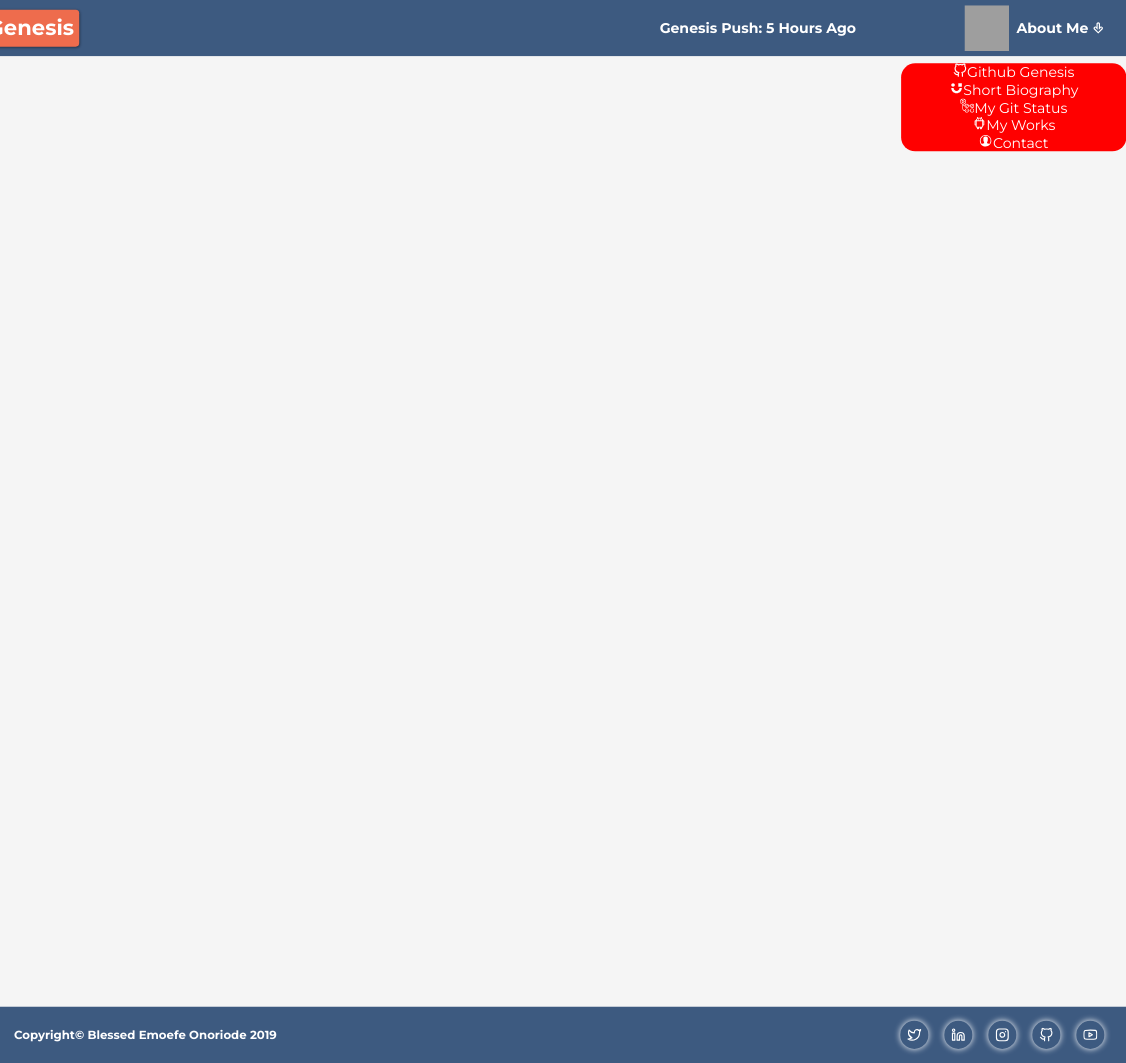
Repository: BlessedEmoefe/github-genesis
Page: /
These files come from the project's save history. The page is drawn as it stood at one moment and after the next save; the edit follows.
The browser window is 1280 px wide. The pictures show the whole page, at 88% of full size.
Pictures or frames that could not be fetched are drawn as grey boxes. The project was rebuilt for these pictures with package versions that can differ from the ones it lists, and the page was loaded fresh each time.

Above is the page before, as saved 2021-03-24 17:39:31.

### public/index.html
<!DOCTYPE html>
<html lang="en">
  <head>
    <meta charset="utf-8" />
    <link rel="icon" href="%PUBLIC_URL%/circle-cropped.png" />
    <meta name="viewport" content="width=device-width, initial-scale=1" />
    <meta name="theme-color" content="#000000" />
    <meta
      name="description"
      content="Web site created using create-react-app"
    />
    <link rel="apple-touch-icon" href="%PUBLIC_URL%/logo192.png" />
   <link rel="preconnect" href="https://fonts.gstatic.com">
<link href="https://fonts.googleapis.com/css2?family=Montserrat:wght@300;400;500;600;700;900&display=swap" rel="stylesheet">

    <link rel="manifest" href="%PUBLIC_URL%/manifest.json" />

    <title>React App</title>
  </head>
  <body>
    <noscript>You need to enable JavaScript to run this app.</noscript>
    <div id="root"></div>

  </body>
</html>

### src/index.js
import React from 'react';
import ReactDOM from 'react-dom';
import './index.css';
import Home from './pages/home';

ReactDOM.render(
  <React.StrictMode>
    <Home/>
  </React.StrictMode>,
  document.getElementById('root')
);

### src/index.css
body {
  margin: 0;
  font-family: 'Montserrat', sans-serif;
}
*{
  box-sizing:border-box;

}
p, b, h1, h2, h3, h4, h5, h6, span, div{
margin:0;
padding:0;
}

code {
font-family: 'Montserrat', sans-serif;
}

### src/pages/home/index.jsx
import React from "react";
import Body from "../../component/body";
import Footer from "../../component/footer";
import Header from "../../component/header";
import { HomeStyles } from "./styles";

const Home = () => {

  return (
    <HomeStyles>
      <Header />
      <Body />
      <Footer />
    </HomeStyles>
  );
};

export default Home;

### src/component/body/index.jsx
import React from 'react';
import { BodyStyles } from "./styles";

const Body = () => {
  return (
    <BodyStyles>

    </BodyStyles>
  )
}

export default Body;

### src/component/footer/index.jsx
import React from "react";
import { FooterStyles } from "./styles";
import {
  FiYoutube as Youtube,
  FiTwitter as Twitter,
  FiLinkedin as LinkedIn,
  FiInstagram as Instagram,
  FiGithub as Github
} from "react-icons/fi";

const Footer = () => {
  const socialData = [
    { name: "twitter", icon: <Twitter />, url: "#" },
    { name: "linkedIn", icon: <LinkedIn />, url: "#" },
    { name: "instagram", icon: <Instagram />, url: "#" },
    { name: "github", icon: <Github />, url: "#" },
    { name: "youtube", icon: <Youtube />, url: "#" },
  ];
  return (
    <FooterStyles>
      <div className="copyright">
        <small>Copyright© Blessed Emoefe Onoriode 2019</small>
      </div>
      <div className="socialMedia">
        {socialData.map(({ name, icon, url }) => (
          <div className="socialcontainer" name={name}>{icon}</div>
        ))}
      </div>
    </FooterStyles>
  );
};

export default Footer;

### src/component/header/index.jsx
import React, { useState, useEffect } from "react";
import Profile from "../profile";
import { HeaderStyles } from "./styles";

const Header = () => {
  const [timer, setTimer] = useState(0);

  useEffect(() => {
    const Interval = setInterval(() => {
      setTimer((timer) => timer + 1);
    }, 1000);
    return () => {
      clearInterval(Interval);
    };
  }, []);
  return (
    <HeaderStyles>
      <div className="headerTitle">
        <h2>My GitHub Genesis</h2>
      </div>
      <div className="timer">
        <b>
          Genesis Push: {timer} <span>Hours Ago</span>
        </b>
      </div>
      <Profile/>
    </HeaderStyles>
  );
}

export default Header;

### src/pages/home/styles.js
import styled from "styled-components";

export const HomeStyles = styled.div`
  background: whitesmoke;
  width: 100%;
  height: 100vh;
  margin: 0;
`;

### src/component/body/styles.js
import styled from "styled-components";

export const BodyStyles = styled.div`
background:whitesmoke;
width:100%;
height:150vh;
`

### src/component/footer/styles.js
import styled from "styled-components";
import { color } from '../../config/colors';

export const FooterStyles = styled.div`
  background: ${color.primary};
  width: 100%;
  height: max-content;
  display: flex;
  justify-content: space-between;
  align-items: center;
  padding: 1rem 1rem;
  margin: 0;
  color: white;

  .copyright {
    /* background: red; */
    small {
      font-weight: bolder;
      cursor: pointer;
    }
  }
  .socialMedia {
    cursor: pointer;
    display: flex;
    justify-content: space-around;
    align-items: center;
    width: 20%;

    .socialcontainer {
      border-radius: 50%;
      -webkit-box-shadow: 0px 0px 7px 0px rgba(255, 255, 255, 1);
      -moz-box-shadow: 0px 0px 7px 0px rgba(255, 255, 255, 1);
      box-shadow: 0px 0px 7px 0px rgba(255, 255, 255, 1);
      width: max-content;
      height: max-content;
      padding: 0.5rem;
      display: flex;
      justify-content: space-around;
      align-items: center;
    }
  }
`;

### src/component/profile/index.jsx
import React, { useState } from 'react';
import { ProfileStyles } from "./styles";
import ProfileImage from "../../assets/ProfileImage.png";
import {
  TiArrowDownOutline as ArrowDown,
  TiArrowUpOutline as ArrowUp
} from "react-icons/ti";
import { CgUserlane as BiographyIcon } from "react-icons/cg";
import { FiGithub as GithubGenesisIcon } from "react-icons/fi";
import { SiGithubactions as GitStatusIcon } from "react-icons/si";
import { AiOutlineAndroid as MyWorksIcon } from "react-icons/ai";
import { IoIosContact as ContactIcon } from "react-icons/io";

const Profile = () => {
  const [isOpen, setIsOpen] = useState(false);
  const OpenProfileModal =()=> {
    setIsOpen(isOpen=>!isOpen)
  }

  const profileData = [
    { icon: <GithubGenesisIcon />, name: "Github Genesis", url: "#" },
    { icon: <BiographyIcon />, name: "Short Biography", url: "#" },
    { icon: <GitStatusIcon />, name: "My Git Status", url: "#" },
    { icon: <MyWorksIcon />, name: "My Works", url: "#" },
    { icon: <ContactIcon />, name: "Contact", url: "#" },
  ];
  return (
    <ProfileStyles>
      <div className="imageContainer">
        <img src={ProfileImage} alt="profileimg" width="100%" height="100%" />
      </div>
      <div className="profileTextAndIcon" onClick={OpenProfileModal}>
        <b>About Me</b>
        {isOpen ? <ArrowUp /> : <ArrowDown />}
      </div>
      <div className="profileContentContainer">
        {profileData.map(({icon,name,url }) => (
          <div className="profileContent">
            {icon}
            <span>{name}</span>
          </div>
        ))}
      </div>
    </ProfileStyles>
  );
}

export default Profile;

### src/component/header/styles.js
import styled from "styled-components";
import {color} from "../../config/colors"

export const HeaderStyles = styled.div`
    display: flex;
    justify-content: flex-end;
    align-items: center;
    width: 100%;
    height: max-content;
    background: ${color.primary};
    padding: 0.4rem 1.5rem;
    color:white;

    .headerTitle {
      font-size: 1rem;
      font-weight: 500;
      width: max-content;
      height: max-content;
      padding: 0.4rem;
      background: ${color.secondary};
      border-radius: 4px;
      box-shadow: 1px 1px 3px rgba(0, 0, 0, 0.3), 0 1px 3px rgba(0, 0, 0, 0.2);
      display: flex;
      position: absolute;
      left: -12.5%;
      transition: 0.6s ease-out;
      :hover {
        left: 0%;
        transition: 0.6s ease-in;
      }
    }
    .about {
      font-size: 1rem;
      font-weight: 700;
      font-family: inherit;
    }
    .timer {
      font-size: 1rem;
      font-weight: 700;
    }

`;

### src/config/colors/index.jsx
/*This is the color component for the app. Theming and color variations should live here */
export const color = {
  primary: "#3D5A80",
  secondary: "#EE6C4D",
  tertiary: "#293241",
  background: "#98C1D9",
  text: "#060B0F",
};

### src/component/profile/styles.js
import styled from "styled-components";

export const ProfileStyles = styled.div`
  height: 100%;
  width: max-content;
  display: flex;
  justify-content: space-around;
  align-items: center;
  flex-wrap: wrap;
  margin-left: 10%;

  .imageContainer {
    height: 3.2rem;
    width: 3.2rem;
    border-radius: 50%;
    cursor: pointer;
  }
  .profileTextAndIcon {
    display: flex;
    justify-content: space-around;
    align-items: center;
    flex-wrap: nowrap;
    margin-left: 0.5rem;
    cursor: pointer;
    b {
      font-size: 1rem;
      margin-right: 0.2rem;
    }
  }
  .profileContentContainer {
    width: 20%;
    background: red;
    position: absolute;
    right: 0;
    top: 4.5rem;
    border-radius: 1rem;
    display: flex;
    flex-direction:column;
    justify-content: space-between;
    align-items: center;
  }
`;

After the next save:
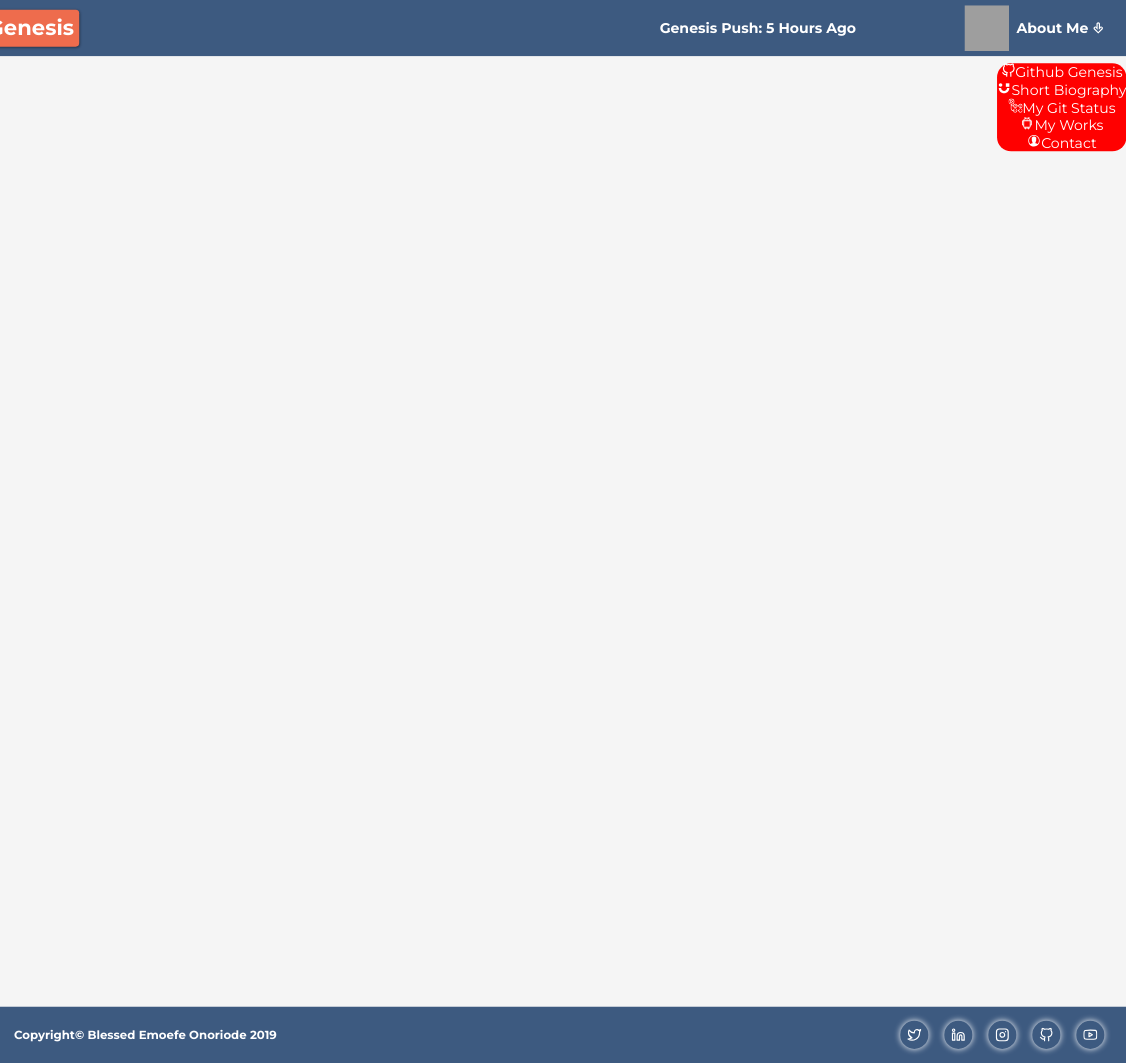
Saved 21 s later.
--- a/src/component/profile/styles.js
+++ b/src/component/profile/styles.js
@@ -28,7 +28,7 @@ export const ProfileStyles = styled.div`
     }
   }
   .profileContentContainer {
-    width: 20%;
+    width: max-content;
     background: red;
     position: absolute;
     right: 0;
